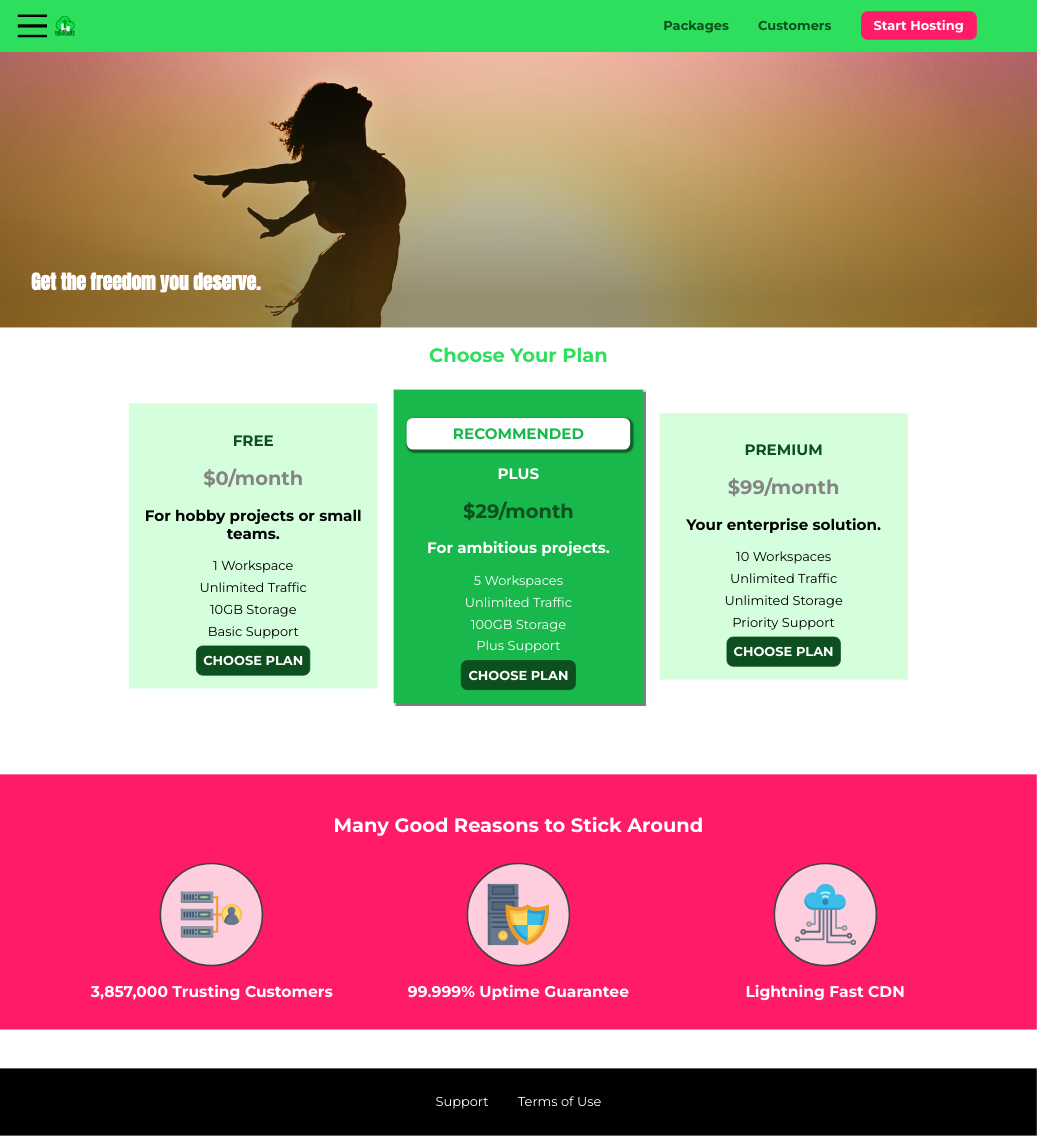
Repository: Nowacki97PL/UdemyCSS
Page: index.html
These files come from the project's save history. The page is drawn as it stood at one moment and after a run of saves; the edit follows.
The browser window is 1280 px wide. The pictures show the whole page, at 81% of full size.
After loading, the first visible `button.toggle-button` was clicked once.

Above is the page before, as saved 2023-11-19 15:39:53.

After the next 5 saves:
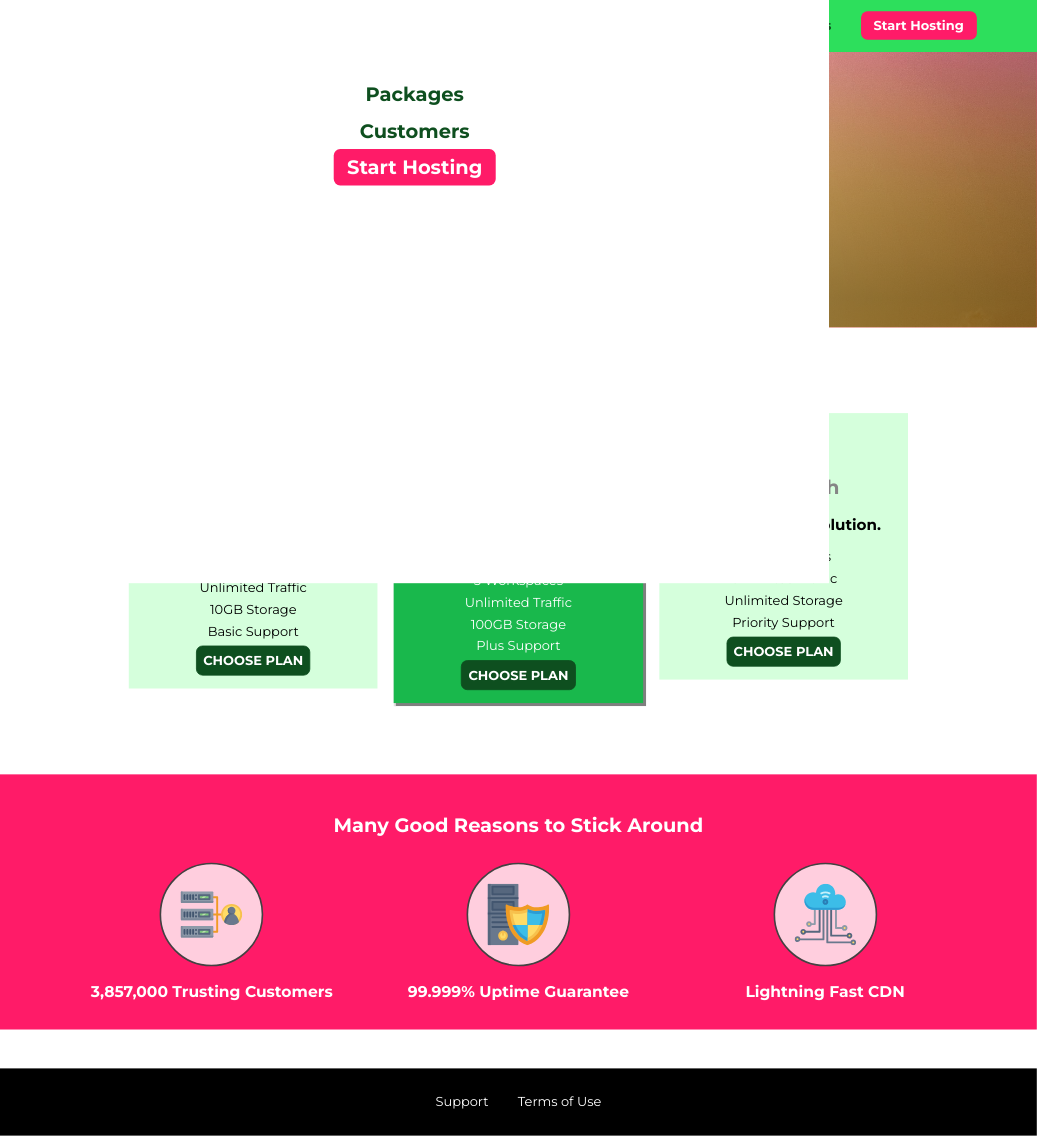
The 5 saves are shown as one change because they came seconds apart.
The last was saved 14 s later.
--- a/shared.js
+++ b/shared.js
@@ -21,5 +21,5 @@ function closeModal() {
 }
 
 toggleButton.addEventListener('click', function(){
-    mobileNav
-})
+    mobileNav.style.display = "block";
+});
